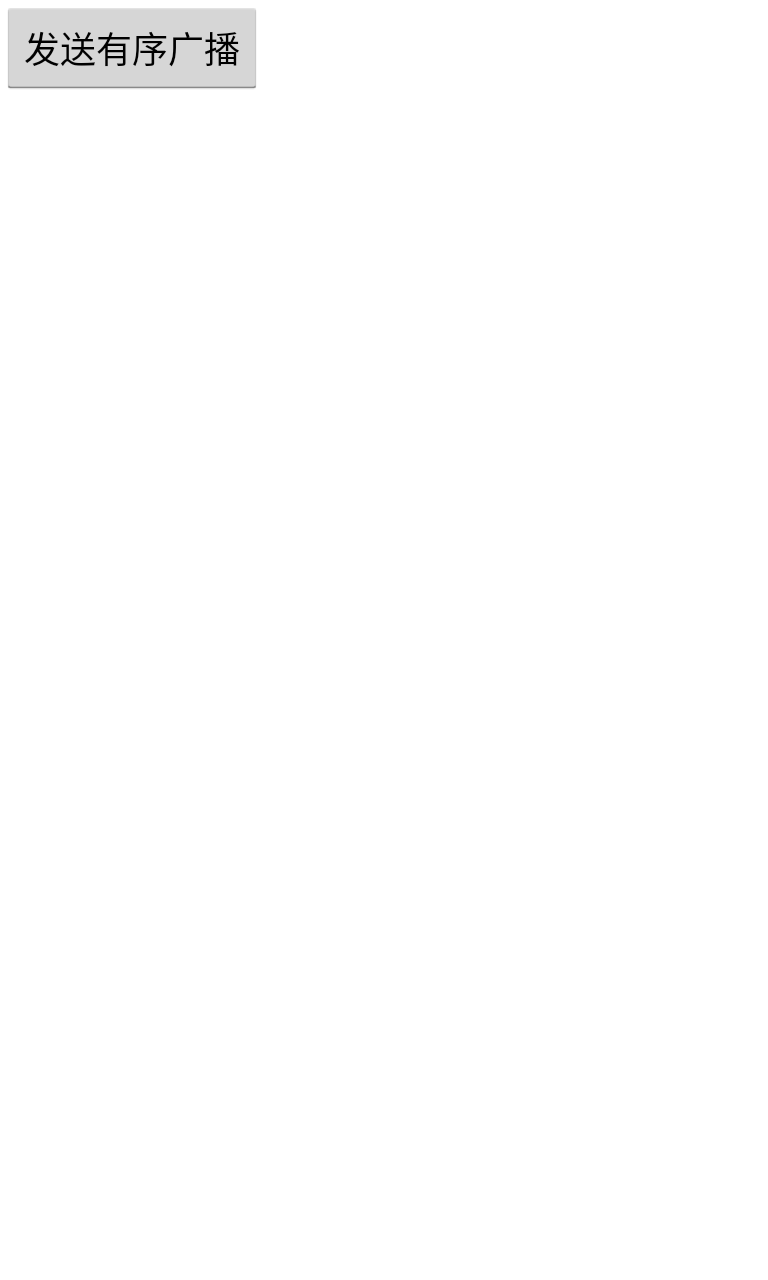
Repository: IvyZh/hm66
Layout: 黑马基础项目/res/layout/activity_sendbroadcast.xml
These files come from the project's save history. The layout is drawn as it stood at one moment and after the next save; the edit follows.
It is drawn on a 768 x 1280 px phone screen (xhdpi) without system bars, with theme AppTheme; the app's code is not run.

Above is the layout before, as saved 2016-05-26 06:33:10.

### 黑马基础项目/res/layout/activity_sendbroadcast.xml
<LinearLayout xmlns:android="http://schemas.android.com/apk/res/android"
    xmlns:tools="http://schemas.android.com/tools"
    android:layout_width="match_parent"
    android:layout_height="match_parent"
    android:orientation="vertical" >

    <Button
        android:id="@+id/bt"
        android:layout_width="wrap_content"
        android:layout_height="wrap_content"
        android:onClick="click"
        android:text="发送有序广播" />

</LinearLayout>

Loaded but not shown: 黑马基础项目/res/values/styles.xml (common file); 黑马基础项目/res/values-v11/styles.xml (common file); 黑马基础项目/res/values-v14/styles.xml (common file)

After the next save:
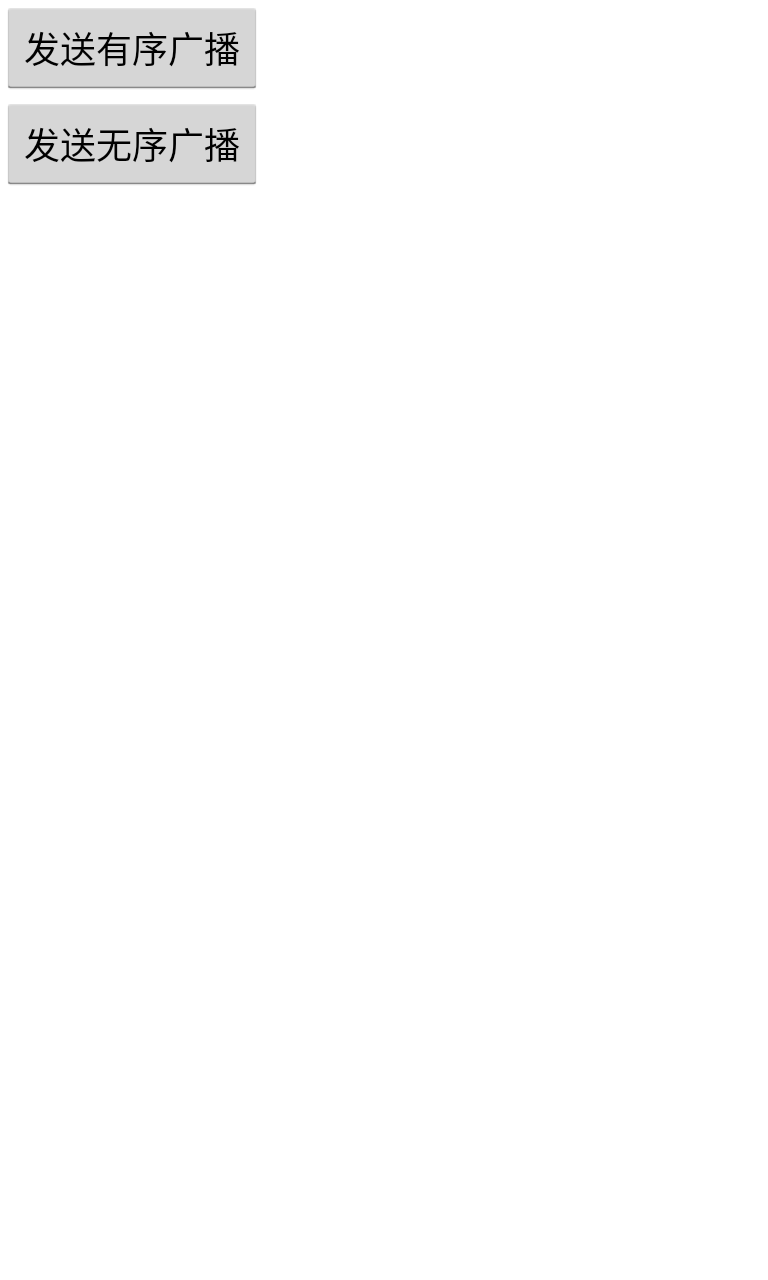
Saved 17 s later.
--- a/黑马基础项目/res/layout/activity_sendbroadcast.xml
+++ b/黑马基础项目/res/layout/activity_sendbroadcast.xml
@@ -5,10 +5,15 @@
     android:orientation="vertical" >
 
     <Button
-        android:id="@+id/bt"
         android:layout_width="wrap_content"
         android:layout_height="wrap_content"
-        android:onClick="click"
+        android:onClick="click1"
         android:text="发送有序广播" />
 
+    <Button
+        android:layout_width="wrap_content"
+        android:layout_height="wrap_content"
+        android:onClick="click2"
+        android:text="发送无序广播" />
+
 </LinearLayout>
